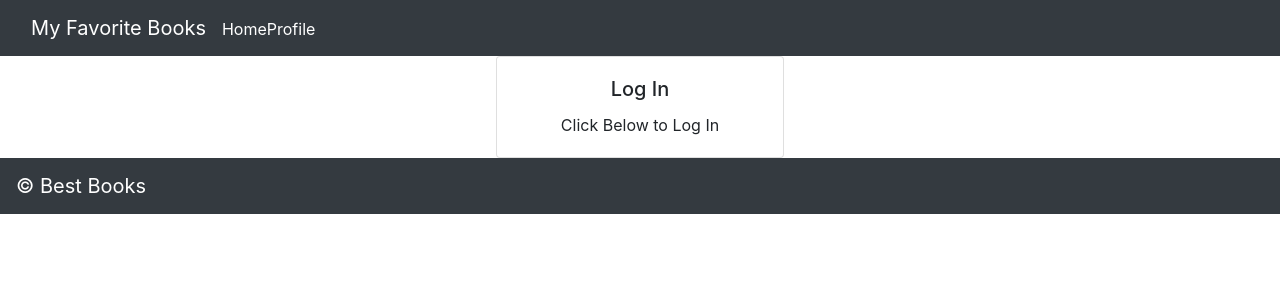
Repository: phmurphy212/can-of-books-frontend
Page: /
An editor plug-in stored every save of this project. The page is shown before and after the next save, followed by the edit.
The browser window is 1280 px wide. The pictures show the whole page.
The project was rebuilt for these pictures with package versions that can differ from the ones it lists, and the page was loaded fresh each time. Also part of the build but not shown: src/LogoutButton.js, src/IsLoadingAndError.js, src/Profile.js, src/Books.css, src/Books.js, src/BookFormModal.js, src/BestBooks.css, src/BestBooks.js.

Above is the page before, as saved 2021-08-22 16:13:33.

After the next save:
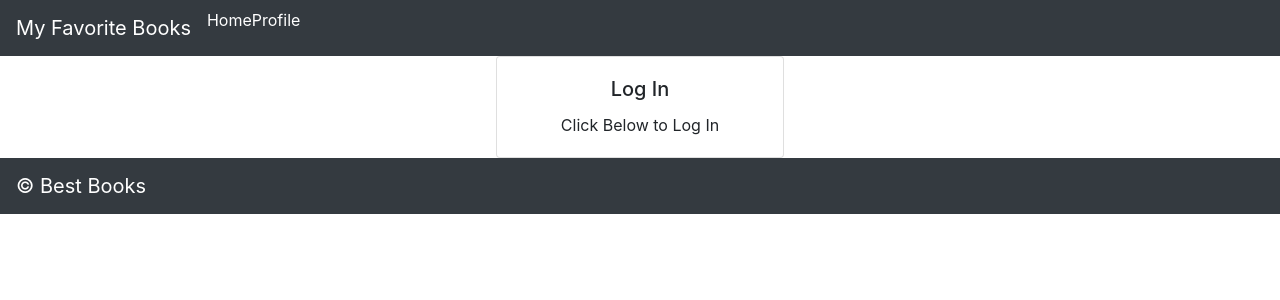
Saved 34 s later.
--- a/src/Header.js
+++ b/src/Header.js
@@ -16,7 +16,6 @@ class Header extends React.Component {
       <Navbar collapseOnSelect expand="lg" bg="dark" variant="dark">
         <Container fluid>
           <Row>
-            <Col>
               <Navbar.Brand>My Favorite Books</Navbar.Brand>
               <Link to="/">Home</Link>
               <Link to="/profile">Profile</Link>
@@ -24,7 +23,6 @@ class Header extends React.Component {
                 <Col>
                   <LogoutButton />
                 </Col> : ''}
-            </Col>
           </Row>
         </Container>
       </Navbar>
